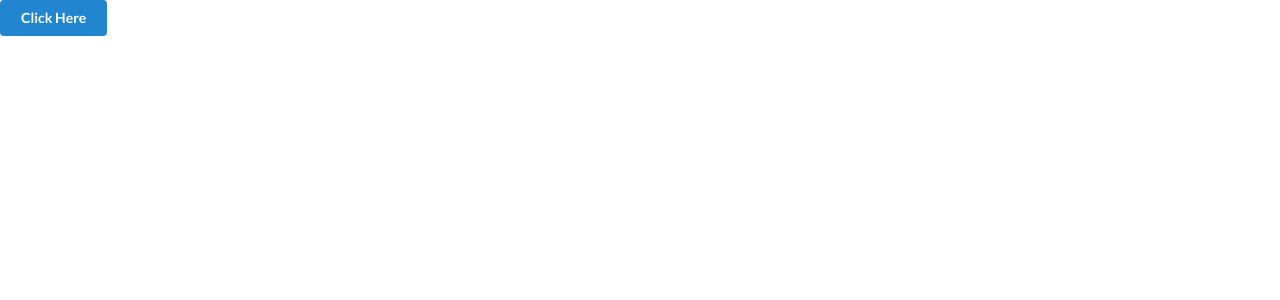
Repository: anagarango/dai-week4-assignment
Page: / (app in dai_web_ex/)
The author's editor kept a copy of each file at every save. The page is drawn from the files as they stood at one save, then again after the next save.
The browser window is 1280 px wide. The pictures show the whole page.
The project was rebuilt for these pictures with package versions that can differ from the ones it lists, and the page was loaded fresh each time. The framework's server and built-in components were replaced by stand-ins that run in the browser. Also part of the build but not shown: dai_web_ex/next.config.js.

Above is the page before, as saved 2022-09-26 14:41:44.

After the next save:
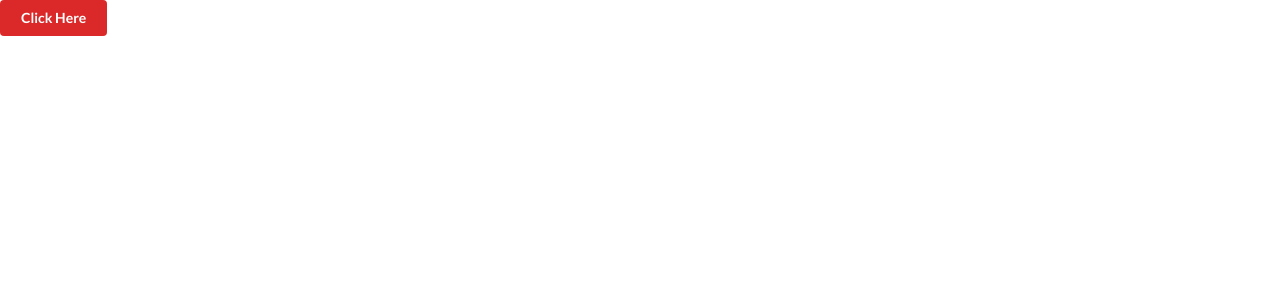
Saved 6 min 22 s later.
--- a/dai_web_ex/pages/index.js
+++ b/dai_web_ex/pages/index.js
@@ -9,9 +9,23 @@ export default function Home() {
   //before, during, after
   const [logInState, setLogInState] = useState("before")
 
+  var c = "blue"
+
+  if(logInState === "before"){
+    c = "red"
+  } if(logInState === "during"){
+    c = "yellow"
+  } if(logInState === "after"){
+    c = "green"
+  }
+
+  const HandleButton = () =>{
+    setLogInState("during")
+  }
+
   return (
     <div>
-      <Button color="blue">Click Here</Button>
+      <Button color={c} onClick={()=>HandleButton()}>Click Here</Button>
     </div>
   )
 }
